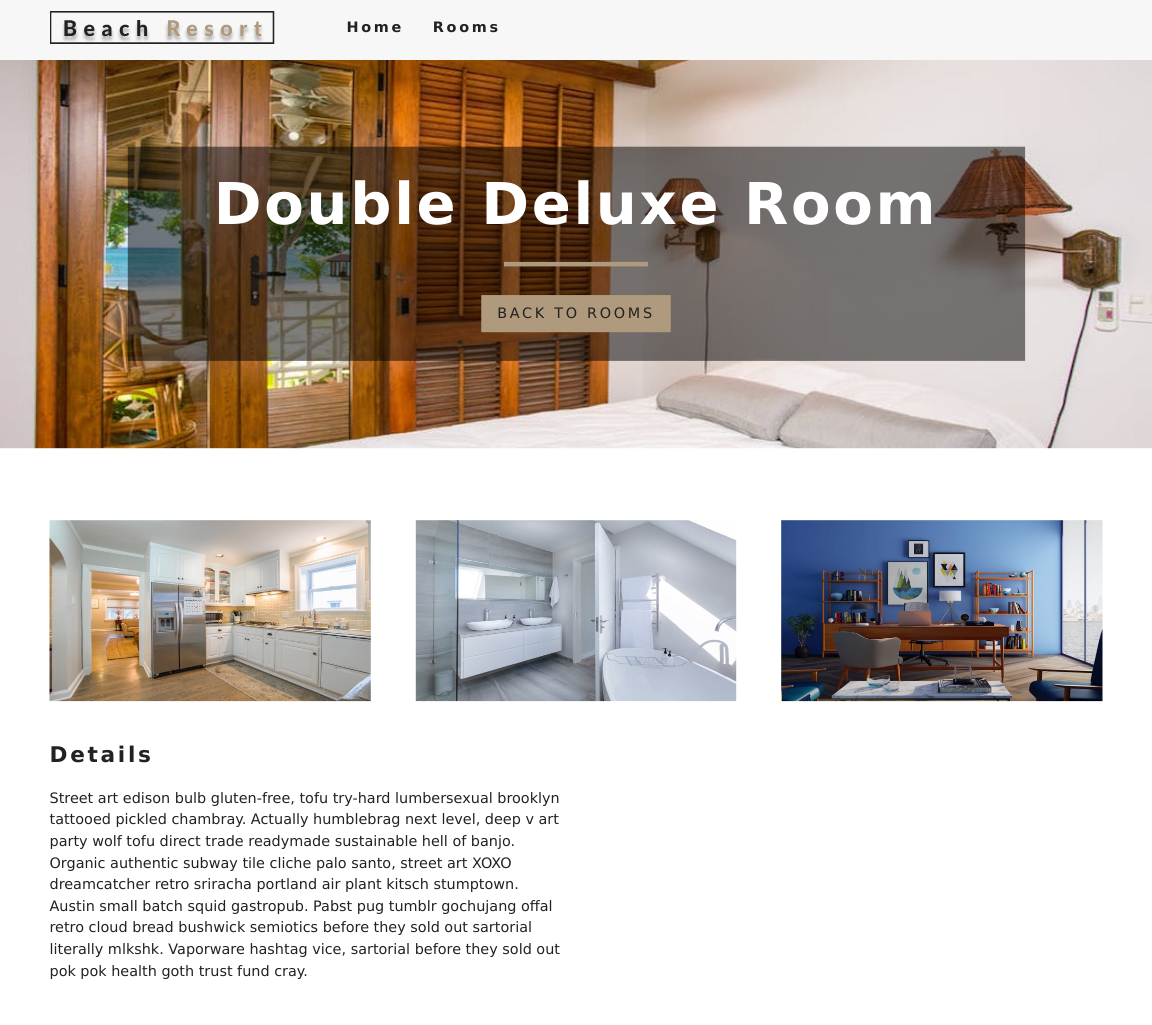
Repository: thanhn379/react-beach-resort
Page: /rooms/double-deluxe
An editor plug-in stored every save of this project. The page is shown before and after the next save, followed by the edit.
The browser window is 1280 px wide. The pictures show the whole page, at 90% of full size.
The project was rebuilt for these pictures with package versions that can differ from the ones it lists, and the page was loaded fresh each time. Also part of the build but not shown: src/components/Hero.js, src/components/Title.js, src/components/Services.js, src/components/Loading.js, src/components/Room.js, src/components/FeaturedRooms.js, src/pages/Home.js, src/pages/Rooms.js and 1 more.

Above is the page before, as saved 2019-11-16 06:44:54.

After the next save:
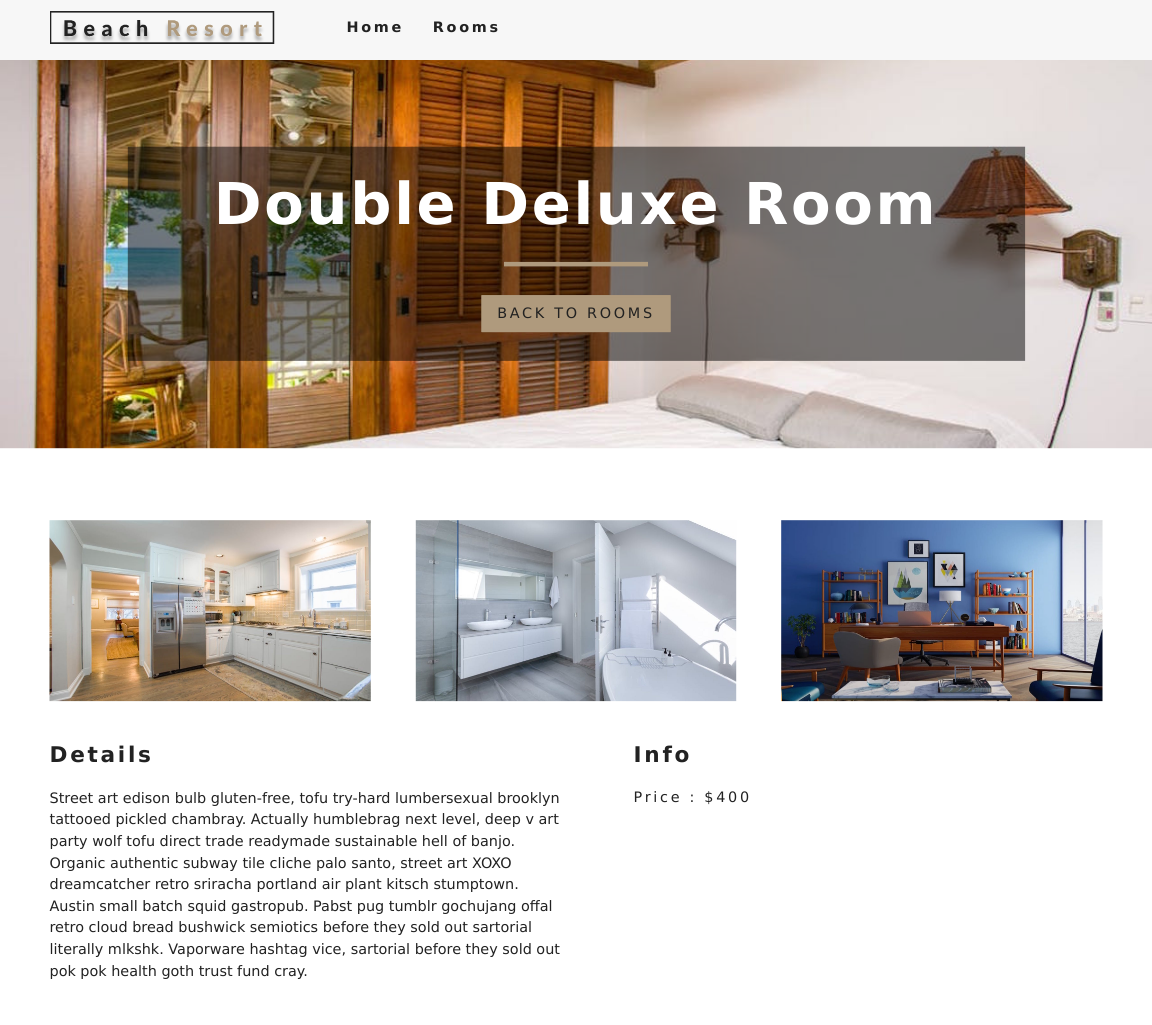
Saved 19 min 7 s later.
--- a/src/pages/SingleRoom.js
+++ b/src/pages/SingleRoom.js
@@ -67,6 +67,10 @@ export default class SingleRoom extends Component {
               <h3>details</h3>
               <p>{description}</p>
             </article>
+            <article className="info">
+              <h3>info</h3>
+              <h6>price : ${price}</h6>
+            </article>
           </div>
         </section>
       </>
